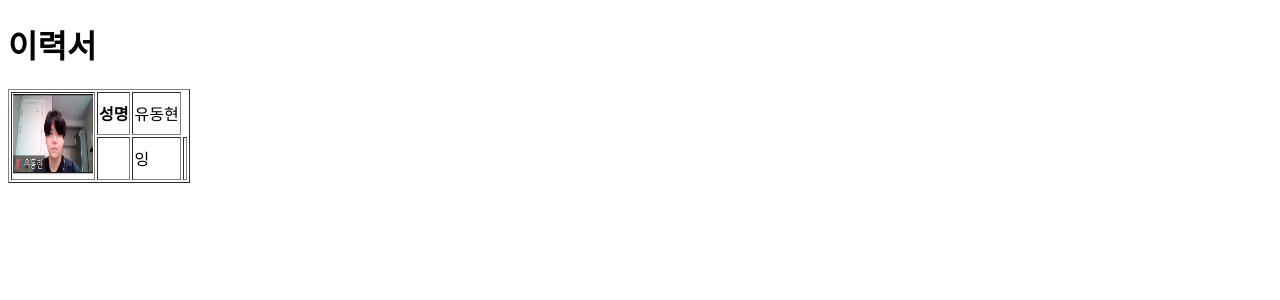
Repository: DongHyenYoo/DongHyen
Page: JdbcStudy/HTMLTEST/WebContent/resume.html
An editor plug-in stored every save of this project. The page is shown before and after a run of saves, followed by the edit.
The browser window is 1280 px wide. The pictures show the whole page.

Above is the page before, as saved 2022-09-23 08:01:57.

### JdbcStudy/HTMLTEST/WebContent/resume.html
<!DOCTYPE html>
<html>
<head>
<meta charset="UTF-8">
<title>이력서</title>
</head>
<body>
<h1>이력서</h1>
<table border="1">
<tr>
<td rowspan="2"><img src="Test.jpg" width = "80" height="80" alt="테스트"></td> <td><strong>성명<strong></strong></td> <td>유동현</td>
</tr>

<tr>
<td></td> <td>잉</td> <td></td>
</tr>

</table>
</body>
</html>

After the next 2 saves:
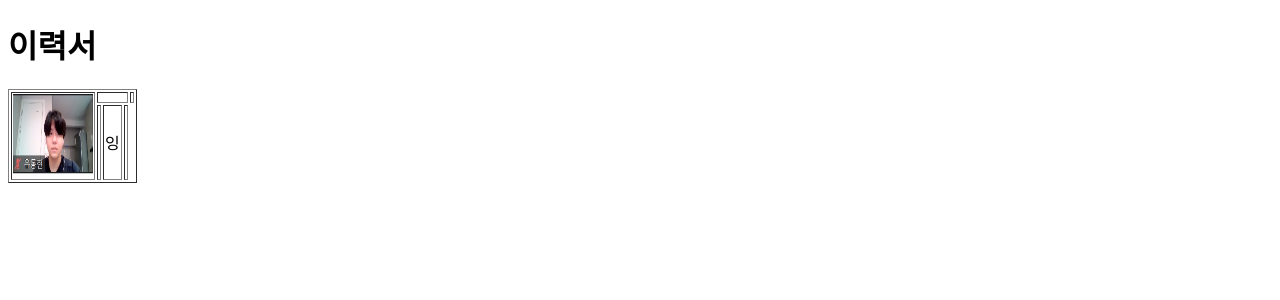
The 2 saves are shown as one change because they came seconds apart.
The last was saved 66 s later.
--- a/JdbcStudy/HTMLTEST/WebContent/resume.html
+++ b/JdbcStudy/HTMLTEST/WebContent/resume.html
@@ -8,7 +8,7 @@
 <h1>이력서</h1>
 <table border="1">
 <tr>
-<td rowspan="2"><img src="Test.jpg" width = "80" height="80" alt="테스트"></td> <td><strong>성명<strong></strong></td> <td>유동현</td>
+<td rowspan="2"><img src="Test.jpg" width = "80" height="80" alt="테스트"></td> <td colspan="3"></td> <td></td>
 </tr>
 
 <tr>
